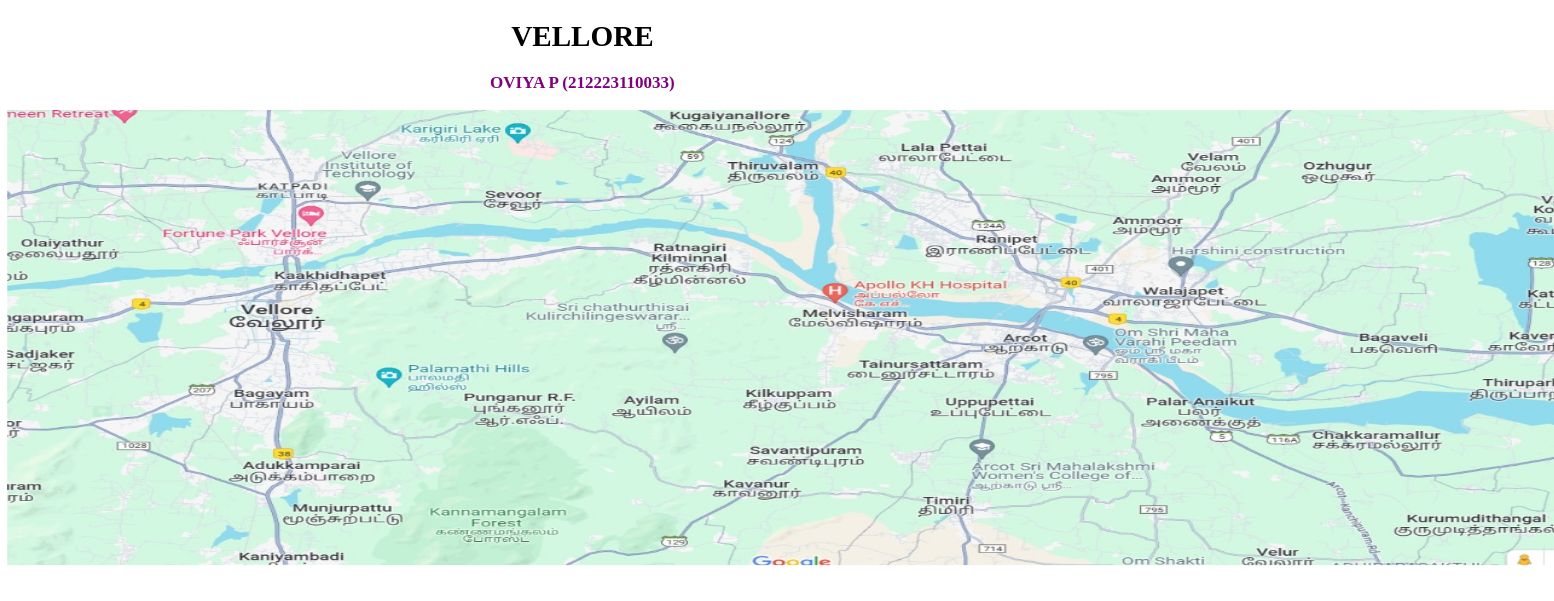
Repository: Oviya24032K6/NearMe
Page: ovi/surveyapp/static/map.html
These files come from the project's save history. The page is drawn as it stood at one moment and after the next save; the edit follows.
The browser window is 1280 px wide. The page is 1708 px wide, then 1508 px, so the pictures cover 1708 px, including what lies to the right of the window. The pictures show the whole page, at 91% of full size.

Above is the page before, as saved 2024-03-25 22:16:54.

### ovi/surveyapp/static/map.html
<!DOCTYPE html>
<html lang="en">
    <head>
        <title> NATIVE PLACE</title>
    </head>
</html>
<body>
    <h1 align="center">
        <font color="black"><b>VELLORE</b></font>
    </h1>
    <h3 align="center">
        <font color="purple"><b> OVIYA P (212223110033)</b></font>
    </h3>
    <!-- Image Map Generated by c:\Users\poviy\Music\map1.jpg-->
    <img src="destination.jpg" height="500" width="1700" usemap="#image-map">
    <map name="image-map">
        <area target="_blank" alt="VIT UNIVERSITY" title="VIT UNIVERSITY" href="VIT UNIVERSITY.html" coords="1204,937,950,805" shape="rect">
        <area target="_blank" alt="VELLORE FORT" title="VELLORE FORT" href="VELLORE FORT.html" coords="1637,383,1364,255" shape="rect">
        <area target="_blank" alt="GOLDEN TEMPLE" title="GOLDEN TEMPLE" href="GOLDEEN TEMP.html" coords="938,683,111" shape="circle">
        <area target="_blank" alt="NTTF VELLORE" title="NTTF VELLORE" href="NTTF VELLORE.html" coords="141,839,289,833,291,931,149,921" shape="poly">
        <area target="_blank" alt="PALAMATHI HILLS" title="PALAMATHI HILLS" href="PALAMATHI HILLS.html" coords="1024,92,128" shape="circle">
    </map>
    <html>

After the next save:
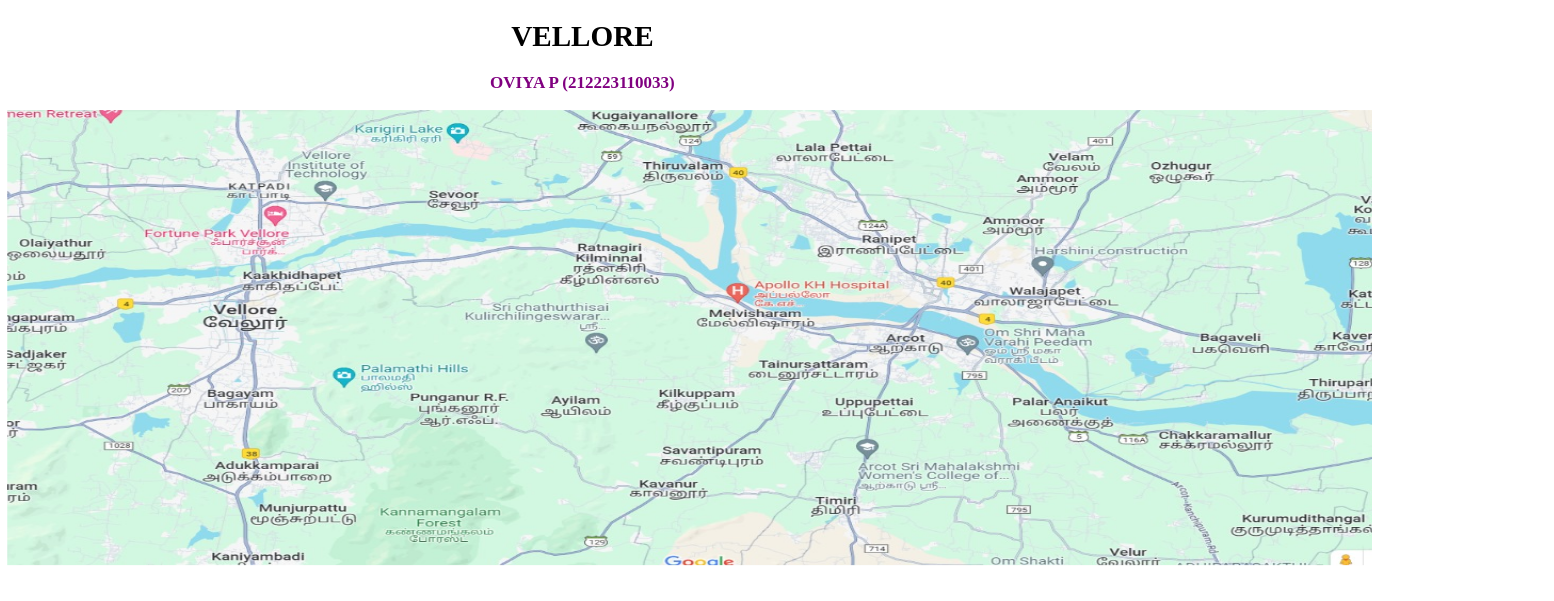
Saved 7 s later.
--- a/ovi/surveyapp/static/map.html
+++ b/ovi/surveyapp/static/map.html
@@ -12,7 +12,7 @@
         <font color="purple"><b> OVIYA P (212223110033)</b></font>
     </h3>
     <!-- Image Map Generated by c:\Users\poviy\Music\map1.jpg-->
-    <img src="destination.jpg" height="500" width="1700" usemap="#image-map">
+    <img src="destination.jpg" height="500" width="1500" usemap="#image-map">
     <map name="image-map">
         <area target="_blank" alt="VIT UNIVERSITY" title="VIT UNIVERSITY" href="VIT UNIVERSITY.html" coords="1204,937,950,805" shape="rect">
         <area target="_blank" alt="VELLORE FORT" title="VELLORE FORT" href="VELLORE FORT.html" coords="1637,383,1364,255" shape="rect">
